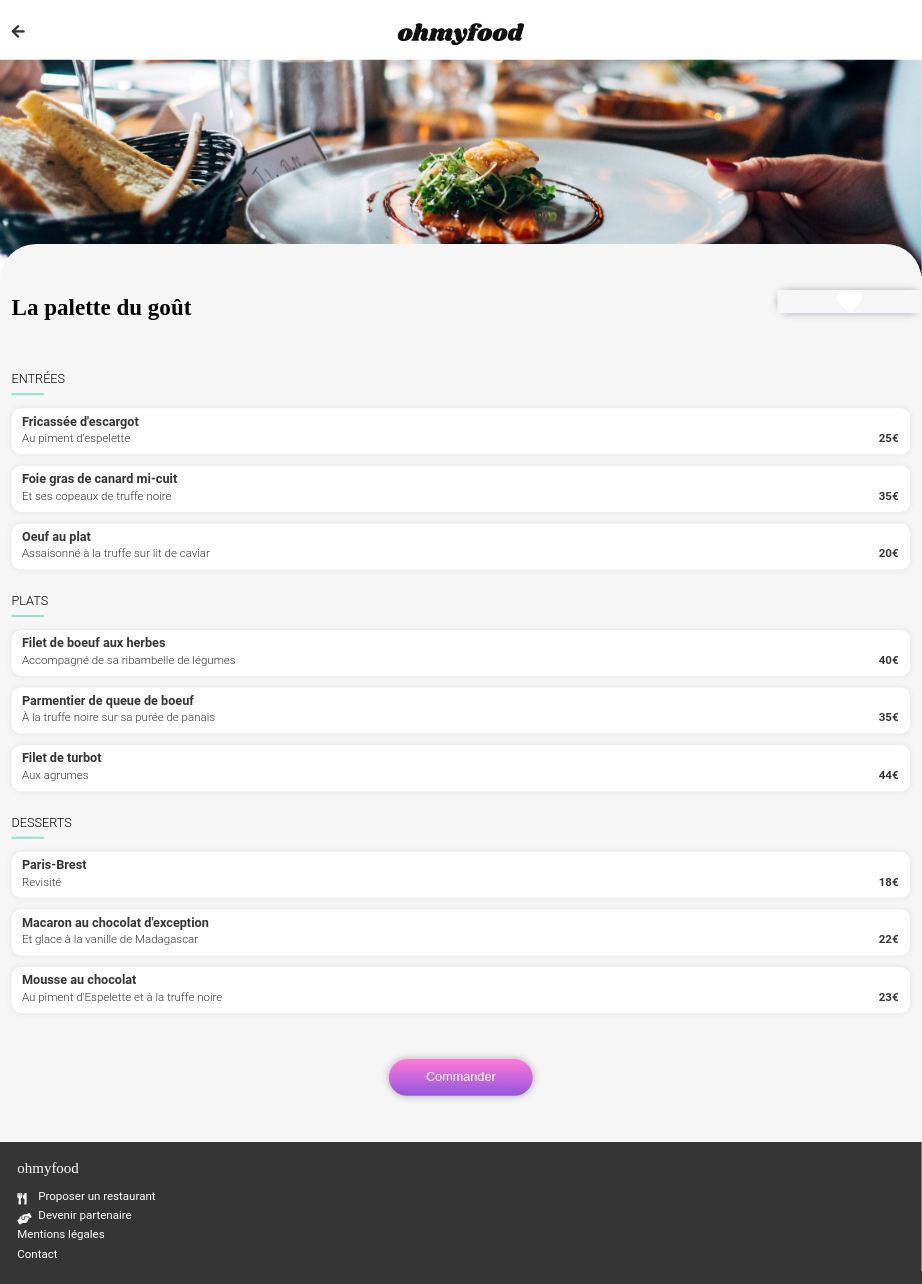
Repository: AlexisTisserand/AlexisTisserand_3_24112020
Page: menu-la-palette-du-gout.html
These files come from the project's save history. The page is drawn as it stood at one moment and after the next save; the edit follows.
The browser window is 1280 px wide. The pictures show the whole page, at 72% of full size.
Some web libraries are served in a nearby version. The style sheet was rebuilt from its Sass, Less or Tailwind sources for each picture, by a compiler version that may differ from the author's.

Above is the page before, as saved 2020-12-09 16:29:16.

### menu-la-palette-du-gout.html
<!DOCTYPE html>
<html lang="fr">

<head>
    <meta charset="UTF-8"/>
    <meta name="viewport" content="width=device-width, initial-scale=1">
    <meta name="descritpion" content="Menu - La palette du goût">
    <meta name="author" content="Alexis Tisserand">
    <link rel="stylesheet" href="https://use.fontawesome.com/releases/v5.4.1/css/all.css" integrity="sha384-5sAR7xN1Nv6T6+dT2mhtzEpVJvfS3NScPQTrOxhwjIuvcA67KV2R5Jz6kr4abQsz" crossorigin="anonymous">
    <link rel="stylesheet" href="style.css"/>
    <title>Menu - La palette du goût</title>
</head>
<body>


    <div id=bloc-page>

    <!--HEADER-->

    <header>
        <a href="index.html">
            <i class="fas fa-arrow-left"></i>
        </a>
        <div class="logo">
            <img src="images/logo/ohmyfood@2x.svg" alt="Logo ohmyfood"/>
        </div>
    </header>

    <section>

        <div class="restaurant-img">
            <img src="images/restaurants/la_palette_du_gout-min.jpg" alt="La Palette Du Goût"/>
        </div>

        <div class="restaurant-menu">

            <div class="restaurant-menu--titre">
                <h2>La palette du goût</h2>
                <button class="restaurant-menu--btn">
                    <i class="restaurant-menu--like restaurant-menu--like--noBg far fa-heart fa-2x"></i>
                    <i class="restaurant-menu--like restaurant-menu--like--bg fas fa-heart fa-2x"></i>
                </button>
            </div>

                <h3>ENTRÉES</h3>

                <div class="restaurant-menu-carte">

                    <div class="restaurant-menu--plats delay-0">
                        <div class="restaurant-menu--plats--name">
                            <h4>Fricassée d'escargot</h4>
                        </div>
                        <div class="restaurant-menu--plats--accompagnements">
                            <h5>Au piment d'espelette</h5>
                        </div>
                        <div class="restaurant-menu--plats--prix">
                            <p>25€</p>
                        </div>
                        <div class="restaurant-menu--plats--checkbox">
                            <i class="fas fa-check-circle"></i>
                        </div>
                    </div>

                    <div class="restaurant-menu--plats delay-1">
                        <div class="restaurant-menu--plats--name">
                            <h4>Foie gras de canard mi-cuit</h4>
                        </div>
                        <div class="restaurant-menu--plats--accompagnements">
                            <h5>Et ses copeaux de truffe noire</h5>
                        </div>
                        <div class="restaurant-menu--plats--prix">
                            <p>35€</p>
                        </div>
                        <div class="restaurant-menu--plats--checkbox">
                            <i class="fas fa-check-circle"></i>
                        </div>
                    </div>

                    <div class="restaurant-menu--plats delay-2">
                        <div class="restaurant-menu--plats--name">
                            <h4>Oeuf au plat</h4>
                        </div>
                        <div class="restaurant-menu--plats--accompagnements">
                            <h5>Assaisonné à la truffe sur lit de caviar</h5>
                        </div>
                        <div class="restaurant-menu--plats--prix">
                            <p>20€</p>
                        </div>
                        <div class="restaurant-menu--plats--checkbox">
                            <i class="fas fa-check-circle"></i>
                        </div>
                    </div>
                </div>

                <h3>PLATS</h3>

                <div class="restaurant-menu-carte">

                    <div class="restaurant-menu--plats delay-3">
                        <div class="restaurant-menu--plats--name">
                            <h4>Filet de boeuf aux herbes</h4>
                        </div>
                        <div class="restaurant-menu--plats--accompagnements">
                            <h5>Accompagné de sa ribambelle de légumes</h5>
                        </div>
                        <div class="restaurant-menu--plats--prix">
                            <p>40€</p>
                        </div>
                        <div class="restaurant-menu--plats--checkbox">
                            <i class="fas fa-check-circle"></i>
                        </div>
                    </div>

                    <div class="restaurant-menu--plats delay-4">
                        <div class="restaurant-menu--plats--name">
                            <h4>Parmentier de queue de boeuf</h4>
                        </div>
                        <div class="restaurant-menu--plats--accompagnements">
                            <h5>À la truffe noire sur sa purée de panais</h5>
                        </div>
                        <div class="restaurant-menu--plats--prix">
                            <p>35€</p>
                        </div>
                        <div class="restaurant-menu--plats--checkbox">
                            <i class="fas fa-check-circle"></i>
                        </div>
                    </div>

                    <div class="restaurant-menu--plats delay-5">
                        <div class="restaurant-menu--plats--name">
                            <h4>Filet de turbot</h4>
                        </div>
                        <div class="restaurant-menu--plats--accompagnements">
                            <h5>Aux agrumes</h5>
                        </div>
                        <div class="restaurant-menu--plats--prix">
                            <p>44€</p>
                        </div>
                        <div class="restaurant-menu--plats--checkbox">
                            <i class="fas fa-check-circle"></i>
                        </div>
                    </div>
                </div>

                <h3>DESSERTS</h3>

                <div class="restaurant-menu-carte">

                    <div class="restaurant-menu--plats delay-6">
                        <div class="restaurant-menu--plats--name">
                            <h4>Paris-Brest</h4>
                        </div>
                        <div class="restaurant-menu--plats--accompagnements">
                            <h5>Revisité</h5>
                        </div>
                        <div class="restaurant-menu--plats--prix">
                            <p>18€</p>
                        </div>
                        <div class="restaurant-menu--plats--checkbox">
                            <i class="fas fa-check-circle"></i>
                        </div>
                    </div>

                    <div class="restaurant-menu--plats delay-7">
                        <div class="restaurant-menu--plats--name">
                            <h4>Macaron au chocolat d'exception </h4>
                        </div>
                        <div class="restaurant-menu--plats--accompagnements">
                            <h5>Et glace à la vanille de Madagascar</h5>
                        </div>
                        <div class="restaurant-menu--plats--prix">
                            <p>22€</p>
                        </div>
                        <div class="restaurant-menu--plats--checkbox">
                            <i class="fas fa-check-circle"></i>
                        </div>
                    </div>

                    <div class="restaurant-menu--plats delay-8">
                        <div class="restaurant-menu--plats--name">
                            <h4>Mousse au chocolat</h4>
                        </div>
                        <div class="restaurant-menu--plats--accompagnements">
                            <h5>Au piment d'Espelette et à la truffe noire</h5>
                        </div>
                        <div class="restaurant-menu--plats--prix">
                            <p>23€</p>
                        </div>
                        <div class="restaurant-menu--plats--checkbox">
                            <i class="fas fa-check-circle"></i>
                        </div>
                    </div>
                </div>

            <button class="description-ohmyfood-explorer" type="button">Commander</button>

        </div>
    </section>

    <footer>
        <h2>ohmyfood</h2>
        <div class="footer-img-text">
            <i class="fas fa-utensils"></i>
            <h3>Proposer un restaurant</h3>
        </div>
        <div class="footer-img-text">
            <i class="fas fa-hands-helping"></i>
            <h3>Devenir partenaire</h3>
        </div>
        <h3>Mentions légales</h3>
        <a href="mailto:ohmyfood@outlook.com"><h3>Contact</h3></a>
    </footer>

</body>
</html>

Loaded but not shown: sass/style.scss (692 lines, source omitted)

After the next save:
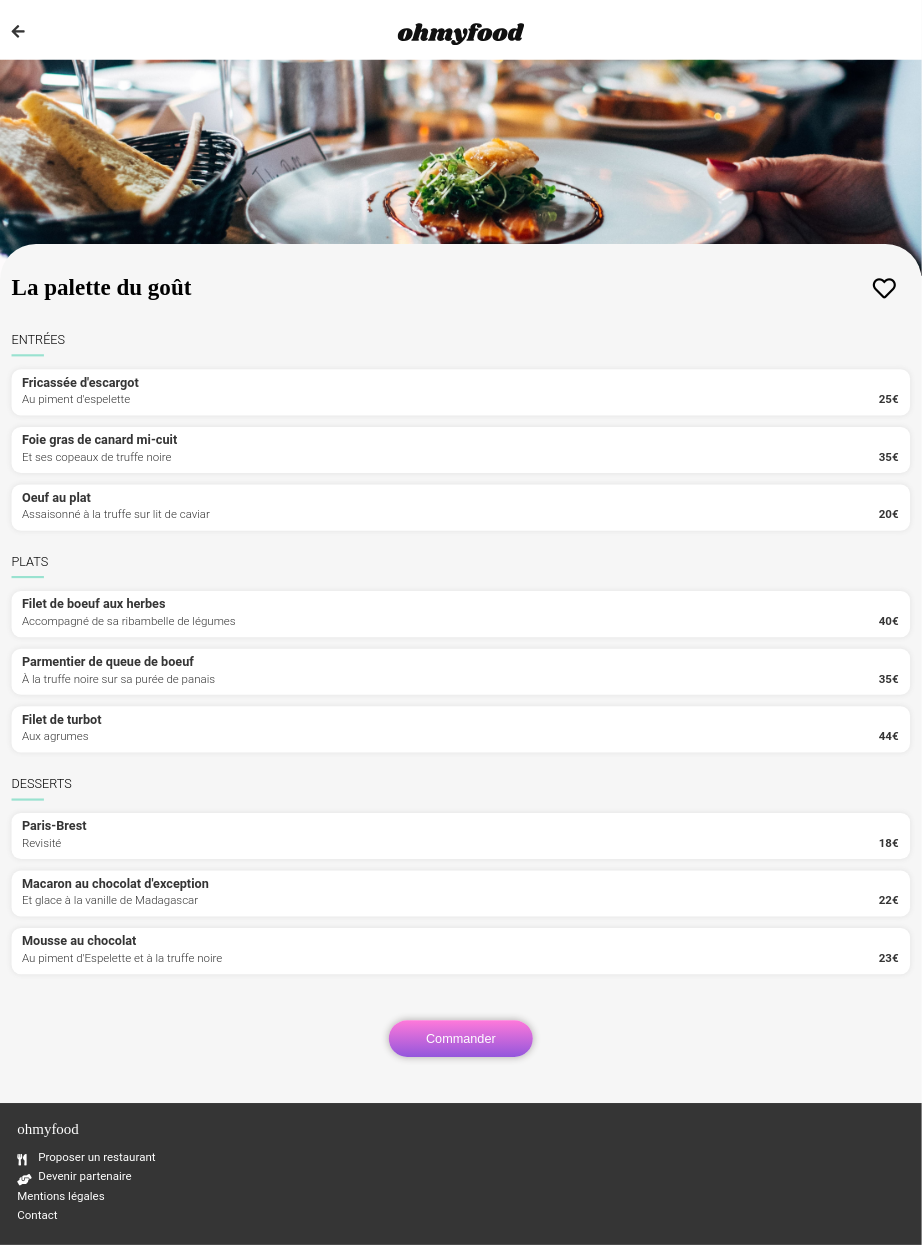
Saved 20 s later.
--- a/menu-la-palette-du-gout.html
+++ b/menu-la-palette-du-gout.html
@@ -33,13 +33,13 @@
         </div>
 
         <div class="restaurant-menu">
-
             <div class="restaurant-menu--titre">
                 <h2>La palette du goût</h2>
-                <button class="restaurant-menu--btn">
-                    <i class="restaurant-menu--like restaurant-menu--like--noBg far fa-heart fa-2x"></i>
-                    <i class="restaurant-menu--like restaurant-menu--like--bg fas fa-heart fa-2x"></i>
-                </button>
+                <div class="card-restaurant-legende-heart">
+                    <span class="fa-stack">
+                        <i class="far fa-heart fa-stack-2x"></i>
+                    </span>
+                </div>
             </div>
 
                 <h3>ENTRÉES</h3>
